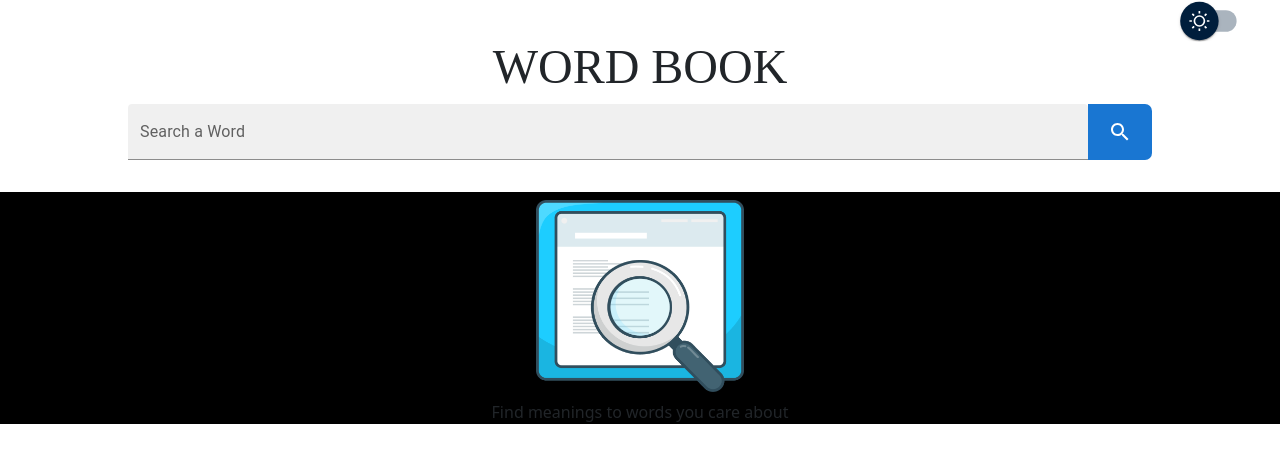
Repository: marveldev/my-dictionary
Page: /
The author's editor kept a copy of each file at every save. The page is drawn from the files as they stood at one save, then again after the next save.
The browser window is 1280 px wide. The pictures show the whole page.
The project was rebuilt for these pictures with package versions that can differ from the ones it lists, and the page was loaded fresh each time. Also part of the build but not shown: src/components/themeSwitcher/MUISwitch.jsx.

Above is the page before, as saved 2022-05-22 16:33:18.

### public/index.html
<!DOCTYPE html>
<html lang="en">
  <head>
    <meta charset="utf-8" />
    <meta name="viewport" content="width=device-width, initial-scale=1" />
    <meta name="theme-color" content="#000000" />
    <meta
      name="description"
      content="Web site created using create-react-app"
    />
    <link href="https://cdn.jsdelivr.net/npm/bootstrap@5.1.3/dist/css/bootstrap.min.css" rel="stylesheet"
          integrity="sha384-1BmE4kWBq78iYhFldvKuhfTAU6auU8tT94WrHftjDbrCEXSU1oBoqyl2QvZ6jIW3" crossorigin="anonymous"
    />
    <link rel="apple-touch-icon" href="./icon-192x192.png" />
    <link rel="icon" href="./icon-192x192.png" />
    <link rel="manifest" href="./manifest.json" />
    <title>My Dictionary</title>
  </head>
  <body>
    <noscript>You need to enable JavaScript to run this app.</noscript>
    <div id="root"></div>
  </body>
</html>

### src/index.js
import React from 'react'
import ReactDOM from 'react-dom'
import App from './App'
import swDev from './swDev'
import './index.css'

ReactDOM.render(
  <React.StrictMode>
    <App />
  </React.StrictMode>,
  document.getElementById('root')
)
swDev()

### src/App.js
import { useState } from 'react'
import { createTheme } from '@mui/material'
import { Form, Output, ThemeSwitcher } from './components'

const App = () => {
  const [definitions, setDefinitions] = useState([])
  const [appMode, setAppMode] = useState('online')
  const [isLoading, setIsLoading] = useState(null)

  const storedTheme = localStorage.getItem('theme') || 'light'
  const [theme, setTheme] = useState(storedTheme)

  const themePalette = createTheme({
    palette: {
      mode: theme,
    },
  })

  return (
    <div className={`${theme} app`}>
      <div className="top-column top-0 w-100 pb-4">
        <ThemeSwitcher setTheme={setTheme} theme={theme} themePalette={themePalette} />
        <h1 className="text-center">{definitions?.word || 'WORD BOOK'}</h1>
        <Form
          setDefinitions={setDefinitions}
          themePalette={themePalette}
          setAppMode={setAppMode}
          setIsLoading={setIsLoading}
        />
      </div>

      <Output definitions={definitions} appMode={appMode} isLoading={isLoading} />
    </div>
  )
}

export default App

### src/swDev.js
export default function swDev() {
  let swUrl = `${process.env.PUBLIC_URL}/sw.js`
  navigator.serviceWorker.register(swUrl).then(response => {
    console.warn("response", response)
  })
}

### src/index.css
body {
  margin: 0;
}

.app {
  position: absolute;
  width: 100%;
  height: 100%;
  transition: all 0.5s linear 0s;
}

.top-column {
  position: fixed;
  background: #fff;
  z-index: 1;
}

h1 {
  font-size: 3em;
  font-family: 'Montserrat light', serif;
}

.form {
  width: 80%;
}

#searchButton {
  border-radius: 0 0.5em 0.5em 0;
  box-shadow: none;
}

.output {
  margin-top: 12em;
  background: #000;
}

.search-illustration {
  width: 13em;
  height: 13em;
  object-fit: contain;
}

.definition-header {
  padding: 1em 2em;
  font-family: 'Montserrat Medium', serif;
}

.volume-icon {
  transform: scale(1.8);
  color: #000;
}

.definitions-wrapper {
  width: 80%;
  background: #f0f0f0;
}

.definitions-wrapper::-webkit-scrollbar {
  width: 0.5em;
}

.definitions-wrapper::-webkit-scrollbar-thumb {
  border-radius: 0.5em;
  background-color: #bbb7b7;
}

.definition {
  background: #3b5360;
}

button:active {
  transform: translateY(0.2em);
}

.dark {
  background: #282c34;
  color: #fff;
}

.dark #searchButton {
  background: #1174ff;
  color: #fff;
}

.dark .definitions-wrapper {
  background: #3b3f46;
}

.dark .definition {
  background: #355c6c;
}

.dark .volume-icon {
  color: #fff;
}

@media screen and (max-width: 628px) {
  .form {
    width: 95%;
  }

  .definition-header {
    padding: 0.5em 0;
  }

  .definitions-wrapper {
    width: 95%;
    padding: 0 1.2em;
  }
}

### src/components/index.js
export { default as Form } from './form/Form'
export { default as Output } from './output/Output'
export { default as ThemeSwitcher } from './themeSwitcher/ThemeSwitcher'

### src/components/form/Form.jsx
import { useState } from 'react'
import debounce from 'lodash.debounce'
import wordList from 'word-list-json'
import { TextField, ThemeProvider, Autocomplete, Button } from '@mui/material'
import SearchIcon from '@mui/icons-material/Search'

const Form = ({ setDefinitions, themePalette, setIsLoading, setAppMode }) => {
  const [filteredWords, setFilteredWords] = useState([])
  const [word, setWord] = useState('')

  const url = `https://api.dictionaryapi.dev/api/v2/entries/en/${word}`

  const doWordFilter = debounce(value => {
    if(value.trim().length >= 1) {
      const wordFilter = wordList?.filter(word => word.startsWith(value.toLowerCase())).slice(0, 30)
      setFilteredWords(wordFilter)
    } else {
      setFilteredWords([])
      setWord('')
      setDefinitions([])
    }
  }, 300)

  const fetchDefinition = async event => {
    event?.preventDefault()
    if (word.trim().length >= 1) {
      setIsLoading(true)

      try {
        const response = await fetch(url)
        const data = await response.json()
        if (data) {
          setIsLoading(null)
          setDefinitions(data[0])
          setAppMode('online')
        }
      } catch (error) {
        setAppMode('offline')
        setDefinitions([])
      }
    }
  }

  return (
    <ThemeProvider theme={themePalette}>
      <>
        <Autocomplete
          freeSolo
          disableClearable
          options={filteredWords.map(word => word)}
          onChange={(event, value) =>
            setWord(value)
          }
          renderInput={params =>
            <form
              className="form d-flex m-auto"
              onSubmit={event => fetchDefinition(event)}
            >
              <TextField
                {...params}
                variant="filled"
                label="Search a Word"
                onChange={event => doWordFilter(event.target.value)}
              />
              <Button type="submit" variant="contained" id="searchButton">
                <SearchIcon />
              </Button>
            </form>
          }
        />
      </>
    </ThemeProvider>
  )
}

export default Form

### src/components/output/Output.jsx
import { IconButton } from '@mui/material'
import VolumeUpIcon from '@mui/icons-material/VolumeUp'
import { searchIllustration, loader } from '../assets'

const Output = ({ definitions, isLoading, appMode }) => {
  const playWord = (url) => {
    const audio = new Audio(url)
    audio?.play()
  }

  return (
    <div className="output">
      {isLoading && appMode === 'online' && (
        <div className="text-center">
          <img src={loader} alt="loading" />
        </div>
      )}

      {!isLoading && (
        <>
          {!definitions && (
            <div className="text-center fs-4">😞 we couldn't find definitions for the word you are looking for.</div>
          )}

          {definitions?.length <= 0 && (
            <div className="text-center">
              <img src={searchIllustration} className="search-illustration" alt="search illustration" />
              <p>Find meanings to words you care about</p>
            </div>
          )}

          {definitions?.meanings && (
            <div className="definitions-wrapper m-auto pb-4 rounded">
              <div className="definition-header d-flex align-items-center gap-3">
                {definitions.phonetics[0]?.audio && (
                  <IconButton onClick={() => playWord(definitions.phonetics[0]?.audio)}>
                    <VolumeUpIcon className="volume-icon" />
                  </IconButton>
                )}
                <div>
                  <p className="m-0 fs-5">{definitions?.word}</p>
                  {definitions?.phonetic && <p className="m-0">{definitions?.phonetic}</p>}
                </div>
              </div>
              <ul className="mx-lg-5 ps-0">
                {definitions?.meanings.map((meaning, index) => (
                  <li key={index}>
                    <p>"partOfSpeech": {meaning.partOfSpeech}</p>
                    {meaning.definitions?.map((data, index) => (
                      <div key={index} className="definition text-white rounded p-2 mb-3">
                        <p className="fw-bold">{data.definition}</p>
                        <p>
                          <span className="me-2 fw-bold">Example:</span>
                          {data.example}
                        </p>
                        <p className="mb-0">
                          <span className="me-2 fw-bold">Synonyms:</span>
                          {data.synonyms.join(', ')}
                        </p>
                      </div>
                    ))}
                  </li>
                ))}
              </ul>
            </div>
          )}
        </>
      )}

      {appMode === 'offline' && (
        <div className="text-center fs-4">😞 you are in offline mode or some issue with connection.</div>
      )}
    </div>
  )
}

export default Output

### src/components/themeSwitcher/ThemeSwitcher.jsx
import { FormControlLabel } from '@mui/material'
import { MaterialUISwitch } from './MUISwitch'

const ThemeSwitcher = ({ theme, setTheme, themePalette }) => {
  const switchTheme = () => {
    const currentTheme = theme === 'dark' ? 'light' : 'dark'
    setTheme(currentTheme)
    localStorage.setItem('theme', currentTheme)
  }

  return (
    <div className="text-end mx-lg-4 mt-1">
      <FormControlLabel
        label=''
        control={
          <MaterialUISwitch
            theme={themePalette}
            onChange={switchTheme}
            checked={theme === 'dark' && true}
            aria-label='switch theme'
          />
        }
      />
    </div>
  )
}

export default ThemeSwitcher

### src/components/assets/index.js
export { default as searchIllustration } from './searchIllustration.png'
export { default as loader } from './loader.svg'

After the next save:
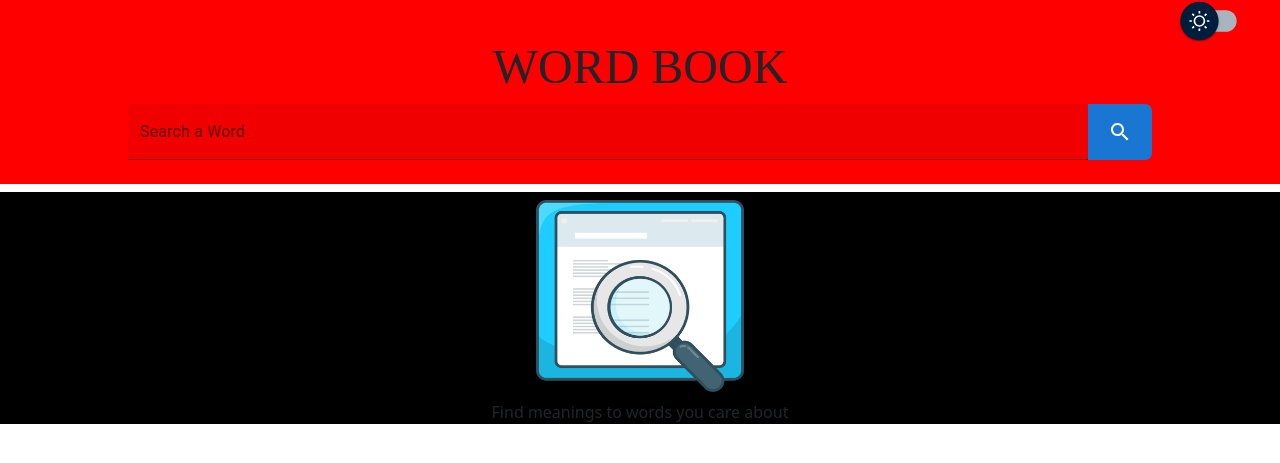
Saved 15 s later.
--- a/src/index.css
+++ b/src/index.css
@@ -11,7 +11,7 @@ body {
 
 .top-column {
   position: fixed;
-  background: #fff;
+  background: red;
   z-index: 1;
 }
 
